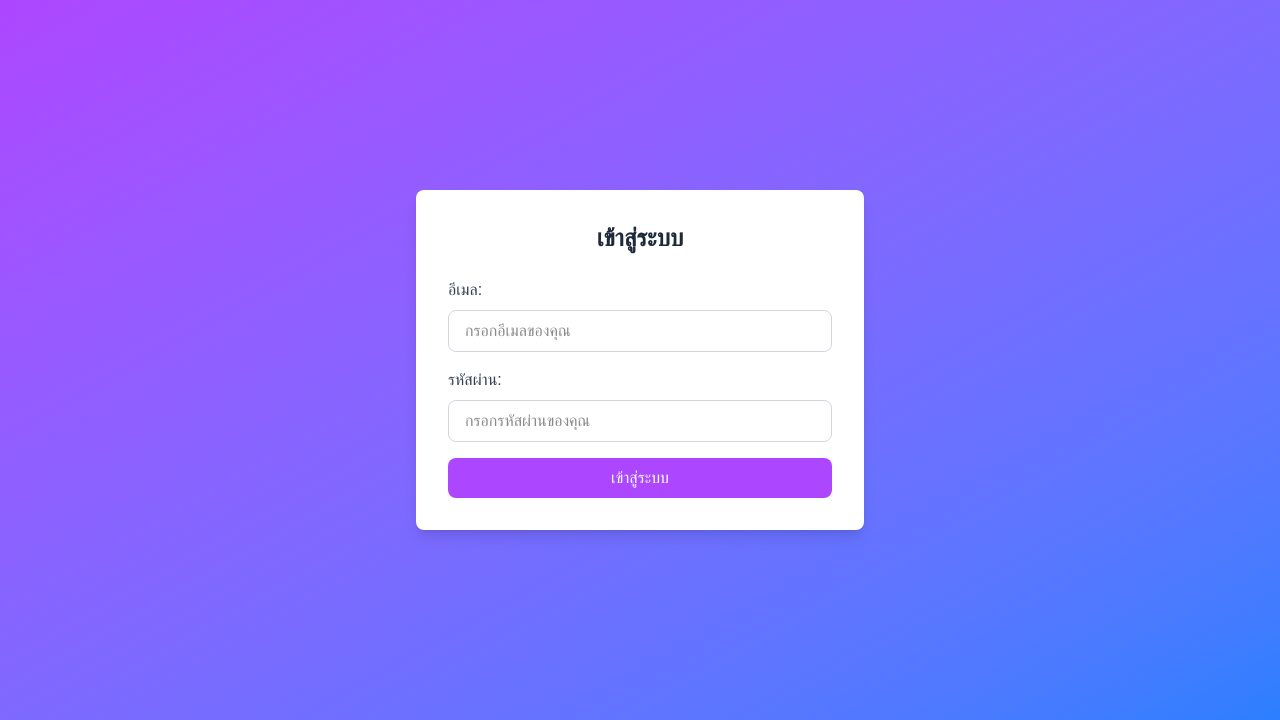
Repository: Kitty340822/Tracker_item
Page: /admin/login
The author's editor kept a copy of each file at every save. The page is drawn from the files as they stood at one save, then again after a run of saves.
The browser window is 1280 px wide. The pictures show the whole page.
The project was rebuilt for these pictures with package versions that can differ from the ones it lists, and the page was loaded fresh each time. The framework's server and built-in components were replaced by stand-ins that run in the browser. Also part of the build but not shown: next.config.ts.

Above is the page before, as saved 2025-08-25 17:24:05.

### app/admin/(auth)/login/page.tsx
"use client"
import React from "react";
import { NextPage } from 'next';
import  LoginForm  from '@/components/login/login_from';

const LoginPage: NextPage = () => {
    return (
        <div>
            <LoginForm />
        </div>
    );
};

export default LoginPage;

### components/login/login_from.tsx
'use client';

import { signIn } from 'next-auth/react';
import { useRouter } from 'next/navigation';
import { useState } from 'react';

const LoginForm = () => {
    const [email, setEmail] = useState('');
    const [password, setPassword] = useState('');
    const [error, setError] = useState('');
    const [loading, setLoading] = useState(false);

    const router = useRouter();

    const handleSubmit = async (e: React.FormEvent) => {
        e.preventDefault();
        setError('');
        setLoading(true);

        try {
            // เรียก NextAuth CredentialsProvider
            const result = await signIn('credentials', {
                email,
                password,
                redirect: false, // false เพื่อให้เราเช็คผลก่อน redirect
            });

            console.log('SignIn result:', result);

            if (result?.error) {
                setError('อีเมลหรือรหัสผ่านไม่ถูกต้อง');
            } else if (result?.ok) {
                // login สำเร็จ → redirect ไปหน้า /admin/claim
                router.push('/admin/claim');
                router.refresh(); // อัปเดต session
            } else {
                setError('เกิดข้อผิดพลาดในการเข้าสู่ระบบ');
            }
        } catch (err) {
            setError('เกิดข้อผิดพลาดในการเชื่อมต่อ');
            console.error('Login error:', err);
        } finally {
            setLoading(false);
        }
    };

    return (
        <div className="flex items-center justify-center min-h-screen bg-gradient-to-br from-purple-500 to-blue-500">
            <form
                onSubmit={handleSubmit}
                className="bg-white p-8 rounded-lg shadow-lg w-full max-w-md"
            >
                <h1 className="text-2xl font-bold text-center mb-6 text-gray-800">
                    เข้าสู่ระบบ
                </h1>
                <div className="mb-4">
                    <label htmlFor="email" className="block text-gray-700 font-medium mb-2">
                        อีเมล:
                    </label>
                    <input
                        type="email"
                        id="email"
                        value={email}
                        onChange={(e) => setEmail(e.target.value)}
                        placeholder="กรอกอีเมลของคุณ"
                        required
                        disabled={loading}
                        className="w-full px-4 py-2 border border-gray-300 rounded-lg focus:outline-none focus:ring-2 focus:ring-purple-500 disabled:bg-gray-100 disabled:cursor-not-allowed"
                    />
                </div>
                <div className="mb-4">
                    <label htmlFor="password" className="block text-gray-700 font-medium mb-2">
                        รหัสผ่าน:
                    </label>
                    <input
                        type="password"
                        id="password"
                        value={password}
                        onChange={(e) => setPassword(e.target.value)}
                        placeholder="กรอกรหัสผ่านของคุณ"
                        required
                        disabled={loading}
                        className="w-full px-4 py-2 border border-gray-300 rounded-lg focus:outline-none focus:ring-2 focus:ring-purple-500 disabled:bg-gray-100 disabled:cursor-not-allowed"
                    />
                </div>
                {error && (
                    <div className="bg-red-50 border border-red-200 text-red-600 text-sm p-3 rounded-lg mb-4">
                        {error}
                    </div>
                )}
                <button
                    type="submit"
                    disabled={loading}
                    className="w-full bg-purple-500 text-white py-2 px-4 rounded-lg hover:bg-purple-600 transition duration-300 disabled:bg-gray-400 disabled:cursor-not-allowed flex items-center justify-center"
                >
                    {loading ? (
                        <>
                            <svg className="animate-spin -ml-1 mr-3 h-5 w-5 text-white" xmlns="http://www.w3.org/2000/svg" fill="none" viewBox="0 0 24 24">
                                <circle className="opacity-25" cx="12" cy="12" r="10" stroke="currentColor" strokeWidth="4"></circle>
                                <path className="opacity-75" fill="currentColor" d="M4 12a8 8 0 018-8V0C5.373 0 0 5.373 0 12h4zm2 5.291A7.962 7.962 0 014 12H0c0 3.042 1.135 5.824 3 7.938l3-2.647z"></path>
                            </svg>
                            กำลังเข้าสู่ระบบ...
                        </>
                    ) : (
                        'เข้าสู่ระบบ'
                    )}
                </button>
            </form>
        </div>
    );
};

export default LoginForm;

Loaded but not shown: app/layout.tsx (common file); app/globals.css (common file)

After the next 2 saves:
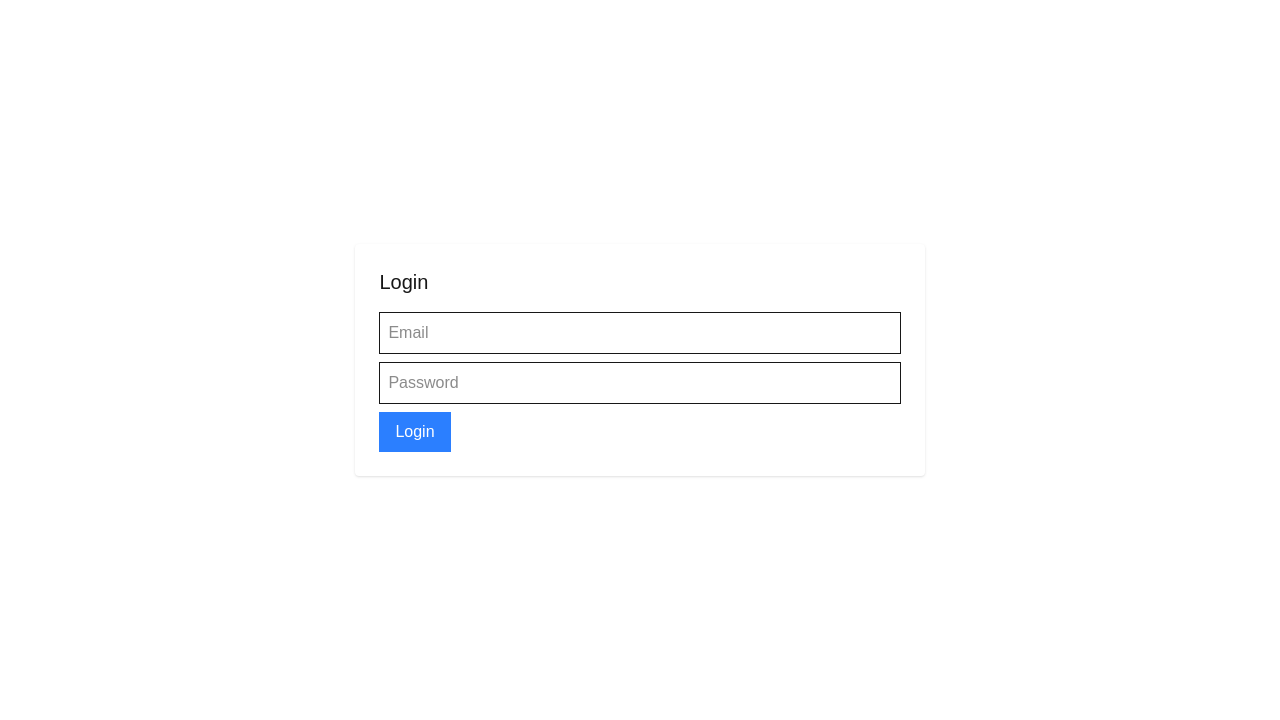
The 2 saves are shown as one change because 1 did not build or start.
The last was saved 61 s later.
--- a/app/admin/(auth)/login/page.tsx
+++ b/app/admin/(auth)/login/page.tsx
@@ -1,14 +1,69 @@
-"use client"
-import React from "react";
-import { NextPage } from 'next';
-import  LoginForm  from '@/components/login/login_from';
+// "use client"
+// import React from "react";
+// import { NextPage } from 'next';
+// import  LoginForm  from '@/components/login/login_from';
 
-const LoginPage: NextPage = () => {
-    return (
-        <div>
-            <LoginForm />
-        </div>
-    );
-};
+// const LoginPage: NextPage = () => {
+//     return (
+//         <div>
+//             <LoginForm />
+//         </div>
+//     );
+// };
 
-export default LoginPage;
+// export default LoginPage;
+
+"use client";
+
+import { signIn } from "next-auth/react";
+import { useState } from "react";
+import { useRouter } from "next/navigation";
+
+export default function LoginPage() {
+  const router = useRouter();
+  const [email, setEmail] = useState("");
+  const [password, setPassword] = useState("");
+  const [error, setError] = useState("");
+
+  async function handleLogin(e: React.FormEvent) {
+    e.preventDefault();
+
+    const res = await signIn("credentials", {
+      email,
+      password,
+      redirect: false,
+    });
+
+    if (res?.error) {
+      setError("Invalid credentials");
+    } else {
+      router.push("/dashboard");
+    }
+  }
+
+  return (
+    <div className="flex h-screen items-center justify-center">
+      <form onSubmit={handleLogin} className="p-6 shadow rounded bg-white">
+        <h1 className="text-xl mb-4">Login</h1>
+        {error && <p className="text-red-500">{error}</p>}
+        <input
+          type="email"
+          placeholder="Email"
+          className="border p-2 w-full mb-2"
+          value={email}
+          onChange={(e) => setEmail(e.target.value)}
+        />
+        <input
+          type="password"
+          placeholder="Password"
+          className="border p-2 w-full mb-2"
+          value={password}
+          onChange={(e) => setPassword(e.target.value)}
+        />
+        <button type="submit" className="bg-blue-500 text-white px-4 py-2">
+          Login
+        </button>
+      </form>
+    </div>
+  );
+}
